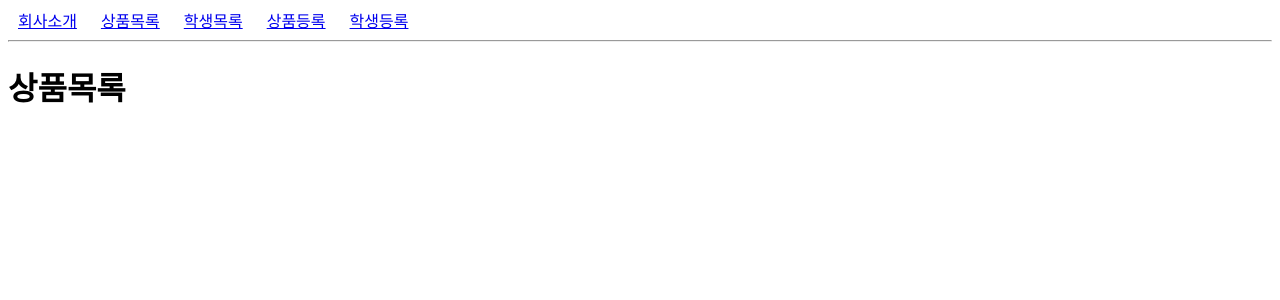
Repository: gwangso/web
Page: http://localhost/ex01/
An editor plug-in stored every save of this project. The page is shown before and after a run of saves, followed by the edit.
The browser window is 1280 px wide. The pictures show the whole page.
The page is served by Tomcat 9. Other server files are loaded and not shown.

Above is the page before, as saved 2023-07-24 05:11:59.

### ex01/src/main/webapp/home.jsp
<%@ page language="java" contentType="text/html; charset=UTF-8"
    pageEncoding="UTF-8"%>
<!DOCTYPE html>
<html>
	<head>
		<meta charset="UTF-8">
		<title>홈페이지</title>
		<style>
			a {
				margin:10px;
			}
		</style>
	</head>
<body>
	<div>
		<a href="/">회사소개</a>
		<a href="/pro/list">상품목록</a>
		<a href="/stu/list">학생목록</a>
		<a href="/pro/insert">상품등록</a>
		<a href="/stu/insert">학생등록</a>
	</div>
	<hr>
	<jsp:include page="/pro/list.jsp"/> <!--  -->
</body>


</html>

### ex01/src/main/webapp/pro/list.jsp
<%@ page language="java" contentType="text/html; charset=UTF-8"
    pageEncoding="UTF-8"%>
<!DOCTYPE html>
<html>
<head>
<meta charset="UTF-8">
<title>상품목록</title>
</head>
<body>
	<h1>상품목록</h1>
</body>
</html>

### ex01/src/main/java/controller/HomeController.java
package controller;

import java.io.IOException;

import javax.servlet.RequestDispatcher;
import javax.servlet.ServletException;
import javax.servlet.annotation.WebServlet;
import javax.servlet.http.HttpServlet;
import javax.servlet.http.HttpServletRequest;
import javax.servlet.http.HttpServletResponse;

// /라고 치면 get으로 간다.
@WebServlet("/")
public class HomeController extends HttpServlet {
	private static final long serialVersionUID = 1L;

	protected void doGet(HttpServletRequest request, HttpServletResponse response) throws ServletException, IOException {
		RequestDispatcher dis = request.getRequestDispatcher("home.jsp");
		dis.forward(request, response);
	}

	protected void doPost(HttpServletRequest request, HttpServletResponse response) throws ServletException, IOException {

	}

}

### ex01/src/main/webapp/about.jsp
<%@ page language="java" contentType="text/html; charset=UTF-8"
    pageEncoding="UTF-8"%>
<!DOCTYPE html>
<html>
<head>
<meta charset="UTF-8">
<title>Insert title here</title>
</head>
<body>
	<h1>회사 소개</h1>

</body>
</html>

After the next 3 saves:
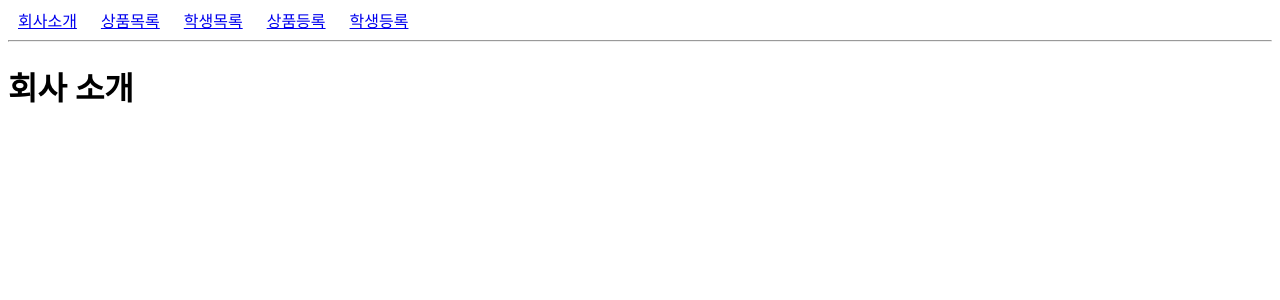
The 3 saves are shown as one change because 2 did not build or start.
The last was saved 11 min 35 s later.
--- a/ex01/src/main/webapp/home.jsp
+++ b/ex01/src/main/webapp/home.jsp
@@ -20,7 +20,7 @@
 		<a href="/stu/insert">학생등록</a>
 	</div>
 	<hr>
-	<jsp:include page="/pro/list.jsp"/> <!--  -->
+	<jsp:include page="${pageName}"/> <!--  -->
 </body>
 
 
--- a/ex01/src/main/java/controller/HomeController.java
+++ b/ex01/src/main/java/controller/HomeController.java
@@ -15,6 +15,7 @@ public class HomeController extends HttpServlet {
 	private static final long serialVersionUID = 1L;
 
 	protected void doGet(HttpServletRequest request, HttpServletResponse response) throws ServletException, IOException {
+		request.setAttribute("pageName", "about.jsp");
 		RequestDispatcher dis = request.getRequestDispatcher("home.jsp");
 		dis.forward(request, response);
 	}
